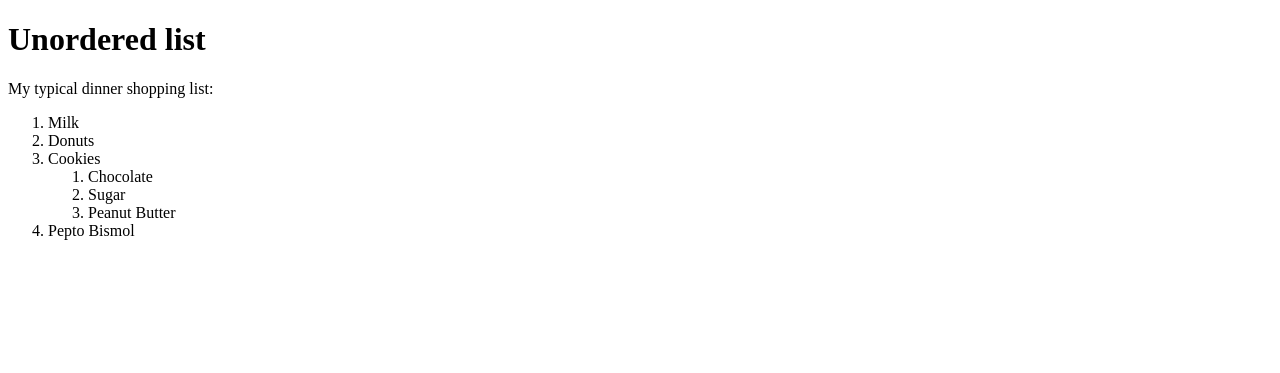
Repository: Aakarshit-Sharma19/Basic-HTML-and-CSS-Page-
Page: test.html
An editor plug-in stored every save of this project. The page is shown before and after the next save, followed by the edit.
The browser window is 1280 px wide. The pictures show the whole page.

Above is the page before, as saved 2020-11-07 13:55:07.

### test.html
<!DOCTYPE html>
<html>

<head>
    <meta charset="utf-8">
    <title>Unordered Lists</title>
</head>

<body>
    <h1>Unordered list</h1>
    <div>

        My typical dinner shopping list:

        <ol>
            <li>Milk</li>
            <li>Donuts</li>
            <li>Cookies
                <ol>
                    <li>Chocolate</li>
                    <li>Sugar</li>
                    <li>Peanut Butter</li>
                </ol>
            </li>
            <li>Pepto Bismol</li>
        </ol>
    </div>
</body>
</html>

After the next save:
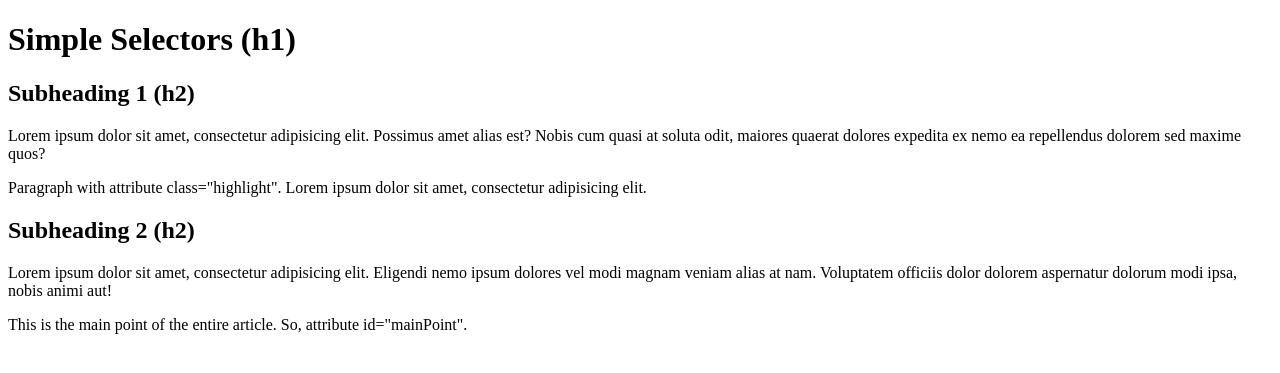
Saved 20 h 15 min later.
--- a/test.html
+++ b/test.html
@@ -2,28 +2,55 @@
 <html>
 
 <head>
-    <meta charset="utf-8">
-    <title>Unordered Lists</title>
+  <meta charset="utf-8">
+  <title>Simple Selectors</title>
+  <style>
+    /* all h2 elements */
+    xxx {
+      color: red;
+      text-align: center;
+    }
+
+
+    /* all with class="highlight" */
+    xxx {
+      font-size: 20px;
+      font-weight: bold;
+      font-style: italic;
+      background-color: green;
+      opacity: .6;
+    }
+
+    /* element with id="mainPoint" */
+    xxx {
+      font-size: 24px;
+      font-weight: bold;
+      background-color: red;
+      opacity: .7;
+    }
+
+    /* all p AND h1 elements */
+    xxx {
+      color: blue;
+      text-align: center;
+    }
+  </style>
 </head>
 
 <body>
-    <h1>Unordered list</h1>
-    <div>
 
-        My typical dinner shopping list:
+  <h1>Simple Selectors (h1)</h1>
+  <h2>Subheading 1 (h2)</h2>
+  <p class="highlight">Lorem ipsum dolor sit amet, consectetur adipisicing elit. Possimus amet alias est? Nobis cum
+    quasi at soluta odit, maiores quaerat dolores expedita ex nemo ea repellendus dolorem sed maxime quos?</p>
+  <p class="highlight">Paragraph with attribute class="highlight". Lorem ipsum dolor sit amet, consectetur adipisicing
+    elit.</p>
+  <h2>Subheading 2 (h2)</h2>
+  <p>Lorem ipsum dolor sit amet, consectetur adipisicing elit. Eligendi nemo ipsum dolores vel modi magnam veniam alias
+    at nam. Voluptatem officiis dolor dolorem aspernatur dolorum modi ipsa, nobis animi aut!</p>
+  <div>This is the main point of the entire article. So, attribute
+    <span id="mainPoint">id="mainPoint".</span> </div>
 
-        <ol>
-            <li>Milk</li>
-            <li>Donuts</li>
-            <li>Cookies
-                <ol>
-                    <li>Chocolate</li>
-                    <li>Sugar</li>
-                    <li>Peanut Butter</li>
-                </ol>
-            </li>
-            <li>Pepto Bismol</li>
-        </ol>
-    </div>
 </body>
+
 </html>
